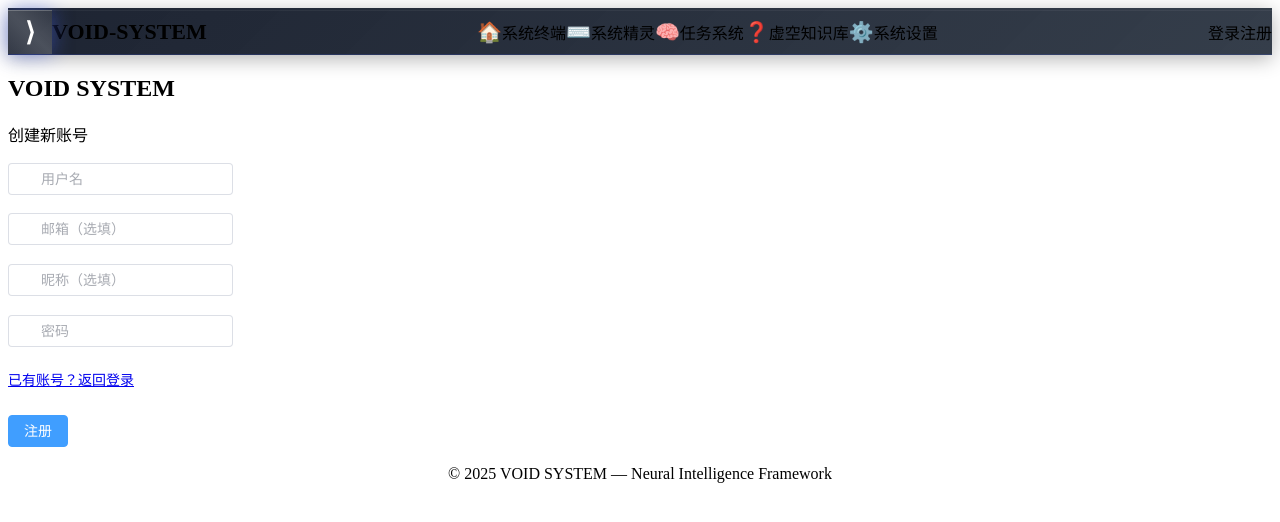
Repository: Void-Creator-Deity/Void-System
Page: /register (app in void-system-frontend/)
An editor plug-in stored every save of this project. The page is shown before and after the next save, followed by the edit.
The browser window is 1280 px wide. The pictures show the whole page.
The project was rebuilt for these pictures with package versions that can differ from the ones it lists, and the page was loaded fresh each time. Also part of the build but not shown: void-system-frontend/vite.config.js.

Above is the page before, as saved 2025-11-23 11:02:32.

After the next save:
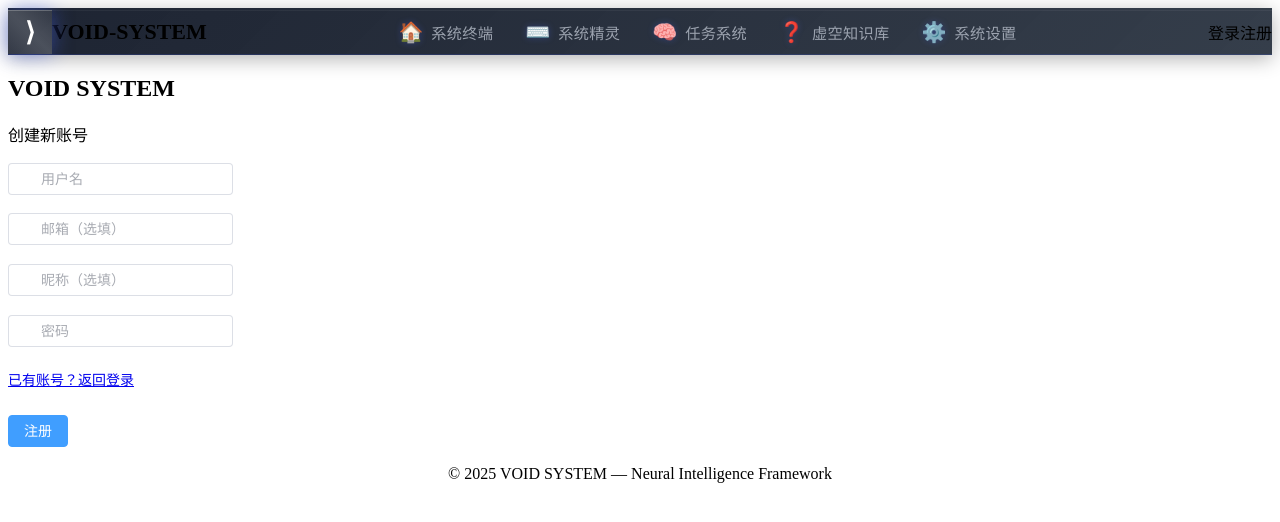
Saved 8 s later.
--- a/void-system-frontend/src/components/NavItem.vue
+++ b/void-system-frontend/src/components/NavItem.vue
@@ -63,28 +63,65 @@ const handleClick = (navigate, event) => {
 <style scoped>
 .nav-item {
   position: relative;
+  display: inline-block;
 }
 
 .nav-link {
   display: flex;
   align-items: center;
-  gap: var(--spacing-xs);
-  padding: var(--spacing-sm) var(--spacing-md);
-  color: var(--color-text-secondary);
+  gap: var(--spacing-xs, 0.5rem);
+  padding: var(--spacing-sm, 0.5rem) var(--spacing-md, 1rem);
+  color: var(--color-text-secondary, #9ca3af);
   text-decoration: none;
-  border-radius: var(--radius-md);
-  transition: all var(--transition-fast);
+  border-radius: var(--radius-md, 8px);
+  transition: all 0.3s ease;
   cursor: pointer;
+  position: relative;
+  overflow: hidden;
+  font-weight: 500;
+  font-size: 0.95rem;
+}
+
+.nav-link::before {
+  content: '';
+  position: absolute;
+  top: 0;
+  left: -100%;
+  width: 100%;
+  height: 100%;
+  background: linear-gradient(90deg, transparent, rgba(67, 97, 238, 0.1), transparent);
+  transition: left 0.5s ease;
 }
 
 .nav-link:hover {
-  background-color: var(--color-bg-secondary);
-  color: var(--color-text-primary);
+  background: linear-gradient(135deg,
+    rgba(31, 41, 55, 0.6),
+    rgba(55, 65, 81, 0.4)
+  );
+  color: var(--color-text-primary, #f3f4f6);
+  transform: translateY(-1px);
+  box-shadow: 0 2px 8px rgba(0, 0, 0, 0.2);
+}
+
+.nav-link:hover::before {
+  left: 100%;
 }
 
 .nav-link.active {
-  color: var(--color-primary);
-  background-color: rgba(67, 97, 238, 0.08);
+  color: var(--color-primary, #4361ee);
+  background: linear-gradient(135deg,
+    rgba(67, 97, 238, 0.15),
+    rgba(76, 201, 240, 0.1)
+  );
+  box-shadow:
+    0 0 15px rgba(67, 97, 238, 0.3),
+    inset 0 1px 0 rgba(255, 255, 255, 0.1);
+  text-shadow: 0 0 10px rgba(67, 97, 238, 0.5);
+  border: 1px solid rgba(67, 97, 238, 0.3);
+}
+
+.nav-link.active::before {
+  left: 100%;
 }
 
 .nav-indicator {
@@ -93,15 +130,54 @@ const handleClick = (navigate, event) => {
   left: 0;
   width: 100%;
   height: 2px;
-  background: var(--color-primary);
-  border-radius: var(--radius-full);
+  background: linear-gradient(90deg,
+    var(--color-primary, #4361ee),
+    var(--color-secondary, #4cc9f0)
+  );
+  border-radius: var(--radius-full, 9999px);
+  box-shadow: 0 0 10px rgba(67, 97, 238, 0.6);
+  animation: indicatorGlow 2s ease-in-out infinite;
+}
+
+@keyframes indicatorGlow {
+  0%, 100% {
+    opacity: 0.8;
+    box-shadow: 0 0 10px rgba(67, 97, 238, 0.6);
+  }
+  50% {
+    opacity: 1;
+    box-shadow: 0 0 20px rgba(67, 97, 238, 0.9);
+  }
 }
 
 .nav-icon {
   font-size: 1.25rem;
+  transition: transform 0.3s ease;
+  filter: drop-shadow(0 0 3px rgba(67, 97, 238, 0.3));
+}
+
+.nav-link:hover .nav-icon {
+  transform: scale(1.1);
+}
+
+.nav-link.active .nav-icon {
+  filter: drop-shadow(0 0 8px rgba(67, 97, 238, 0.6));
+  animation: iconPulse 2s ease-in-out infinite;
+}
+
+@keyframes iconPulse {
+  0%, 100% {
+    transform: scale(1);
+  }
+  50% {
+    transform: scale(1.15);
+  }
 }
 
 .nav-text {
   font-weight: 500;
+  letter-spacing: 0.3px;
+  position: relative;
+  z-index: 1;
 }
 </style>
